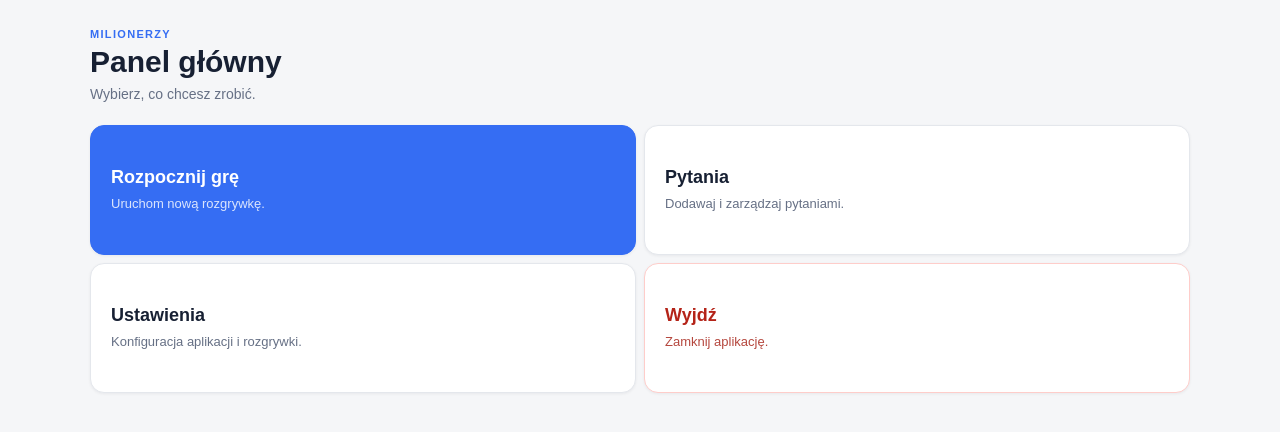
Repository: WaleonGames/HTGMilionerzy
Page: views/index.html
These files come from the project's save history. The page is drawn as it stood at one moment and after the next save; the edit follows.
The browser window is 1280 px wide. The pictures show the whole page.

Above is the page before, as saved 2026-09-05 20:03:30.

After the next save:
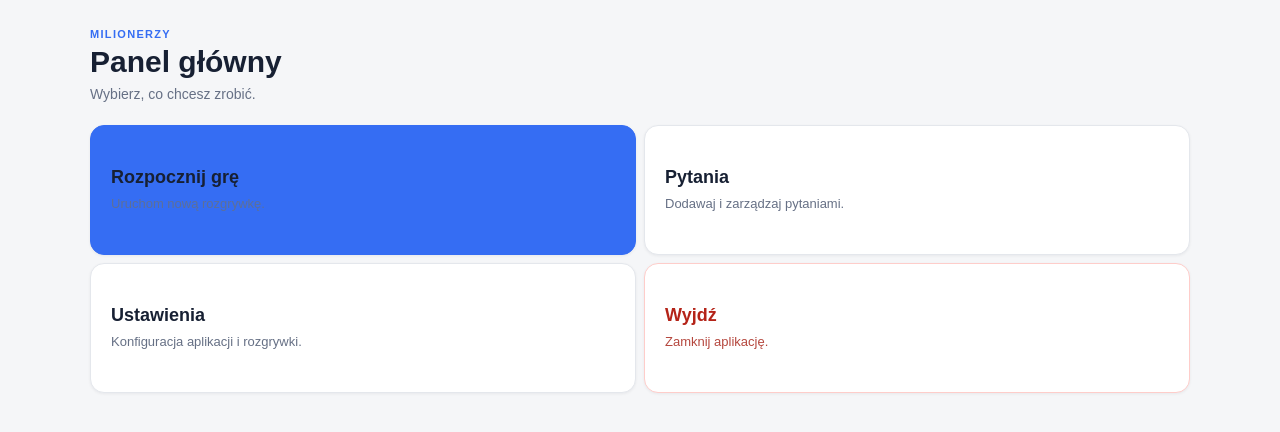
Saved 19 s later.
--- a/public/css/design.css
+++ b/public/css/design.css
@@ -380,7 +380,7 @@
 
 .action-card-primary{
   background:var(--design-primary) !important;
-  color:#fff !important;
+  color:--design-surface !important;
 
   border-color:var(--design-primary) !important;
 }
@@ -392,7 +392,7 @@
 
 .action-card-primary .action-card-title,
 .action-card-primary .action-card-description{
-  color:#fff !important;
+  color:--design-surface !important;
 }
 
 .action-card-primary .action-card-description{
@@ -482,7 +482,7 @@
 input,
 select,
 textarea{
-  background:#fff !important;
+  background:--design-surface !important;
   color:var(--design-text) !important;
   border-color:var(--design-border-strong) !important;
   outline:none !important;
@@ -507,7 +507,7 @@
 }
 
 select{
-  background-color:#fff !important;
+  background-color:--design-surface !important;
 }
 
 /* =========================
@@ -531,7 +531,7 @@
 }
 
 .input-group input{
-  background:#fff !important;
+  background:--design-surface !important;
   color:var(--design-text) !important;
   box-shadow:none !important;
 }
@@ -546,7 +546,7 @@
 ========================= */
 
 .empty{
-  background:#fff !important;
+  background:--design-surface !important;
   color:var(--design-muted) !important;
   border-color:var(--design-border) !important;
 }

After the 3 saves that followed:
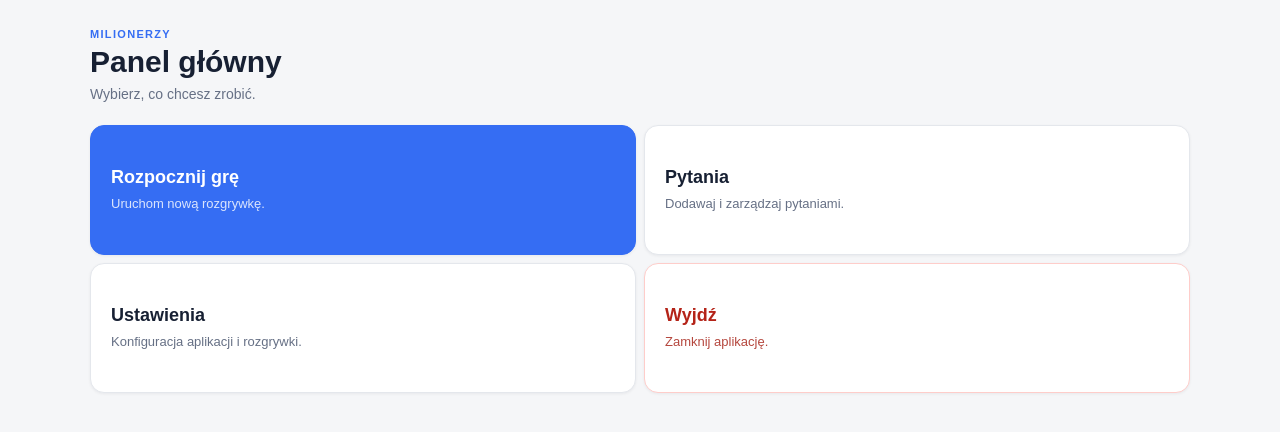
The 3 saves are shown as one change because they came seconds apart.
The last was saved 9 s later.
--- a/public/css/design.css
+++ b/public/css/design.css
@@ -380,7 +380,7 @@
 
 .action-card-primary{
   background:var(--design-primary) !important;
-  color:--design-surface !important;
+  color:#fff !important;
 
   border-color:var(--design-primary) !important;
 }
@@ -392,7 +392,7 @@
 
 .action-card-primary .action-card-title,
 .action-card-primary .action-card-description{
-  color:--design-surface !important;
+  color:#fff !important;
 }
 
 .action-card-primary .action-card-description{
@@ -482,7 +482,7 @@
 input,
 select,
 textarea{
-  background:--design-surface !important;
+  background:#fff !important;
   color:var(--design-text) !important;
   border-color:var(--design-border-strong) !important;
   outline:none !important;
@@ -507,7 +507,7 @@
 }
 
 select{
-  background-color:--design-surface !important;
+  background-color:#fff !important;
 }
 
 /* =========================
@@ -531,7 +531,7 @@
 }
 
 .input-group input{
-  background:--design-surface !important;
+  background:#fff !important;
   color:var(--design-text) !important;
   box-shadow:none !important;
 }
@@ -546,7 +546,7 @@
 ========================= */
 
 .empty{
-  background:--design-surface !important;
+  background:#fff !important;
   color:var(--design-muted) !important;
   border-color:var(--design-border) !important;
 }
